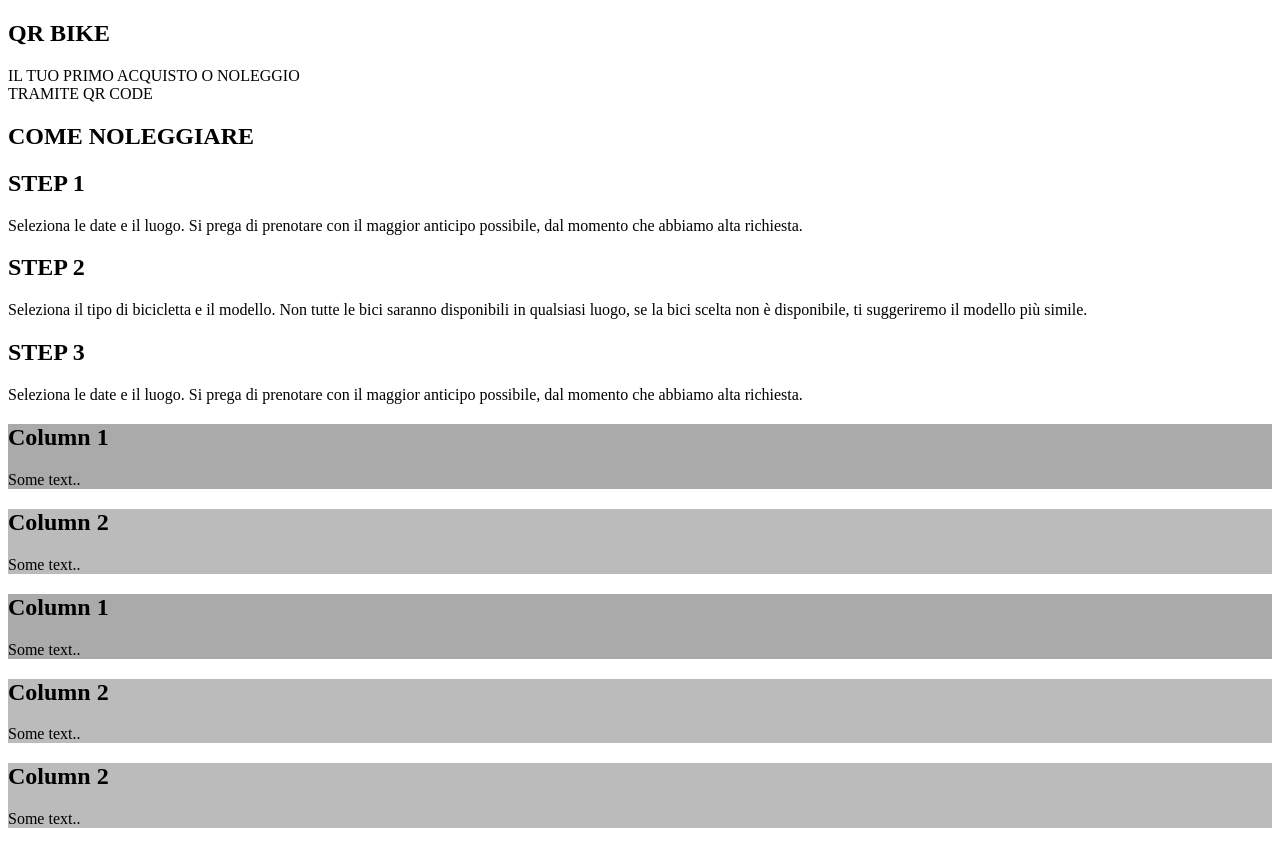
Repository: andrealepori/qrbike
Page: index.html
These files come from the project's save history. The page is drawn as it stood at one moment and after the next save; the edit follows.
The browser window is 1280 px wide. The pictures show the whole page.
Some web fonts or font styles are not loaded; a fallback is used.

Above is the page before, as saved 2020-09-17 15:50:37.

### index.html
<!DOCTYPE html>
<html lang="en">
<head>
    <meta charset="UTF-8">
    <meta name="viewport" content="width=device-width, initial-scale=1.0">
    <title>Home - QR BIKE</title>


	<link type="text/css" rel="stylesheet" href="css/style.css" />

</head>
<body>



  <section id="hero1" class="hero">





    <div class="inner">

      <h1 class="yellowtitle"> QR BIKE</h1>
      <p class="subtitle">IL TUO PRIMO ACQUISTO O NOLEGGIO <br> TRAMITE QR CODE</p>
      </div>

  </section>




<section>

      <h1 class="titolo">COME NOLEGGIARE </h1>

    </div>
    </div>
  </section>



  <div class="support-grid"></div>

  <section class="grid-1">
    <div class="item-1">
      <h1 class="step"><bold>STEP 1</bold> </h1>


      <p class="nero">
        Seleziona le date e il luogo.
        Si prega di prenotare con il maggior anticipo possibile,
         dal momento che abbiamo alta richiesta. </p>
    </div>
    <div class="item-2">

      <h1 class="step"><bold>STEP 2</bold> </h1>


      <p class="nero">
        Seleziona il tipo di bicicletta e il modello.
         Non tutte le bici saranno disponibili in qualsiasi luogo, se la bici scelta non è disponibile,
        ti suggeriremo il modello più simile.
        </p>


    </div>
    <div class="item-3">


      <h1 class="step"><bold>STEP 3
      </bold> </h1>


      <p class="nero">
        Seleziona le date e il luogo.
        Si prega di prenotare con il maggior anticipo possibile,
                dal momento che abbiamo alta richiesta.

        </p>


    </div>

  </section>


<div class="galleria">


  <div class="row">
	<div class="column" style="background-color:#aaa;">
	  <h2>Column 1</h2>
	  <p>Some text..</p>
	</div>
	<div class="column" style="background-color:#bbb;">
	  <h2>Column 2</h2>
	  <p>Some text..</p>
	</div>

	  <div class="column" style="background-color:#aaa;">
	  <h2>Column 1</h2>
	  <p>Some text..</p>
	</div>
	<div class="column" style="background-color:#bbb;">
	  <h2>Column 2</h2>
	  <p>Some text..</p>
	</div>
	  <div class="column1" style="background-color:#bbb;">
	  <h2>Column 2</h2>
	  <p>Some text..</p>
	</div>
  </div>

</div>











</body>




	<link rel="stylesheet" href="css/style.css"/>
	<!-- bootstrap-->
	<link href="https://fonts.googleapis.com/css?family=Droid+Sans:400,700" rel="stylesheet">

</html>

Loaded but not shown: style.css (no stored copy; drawn as an empty file)

After the next save:
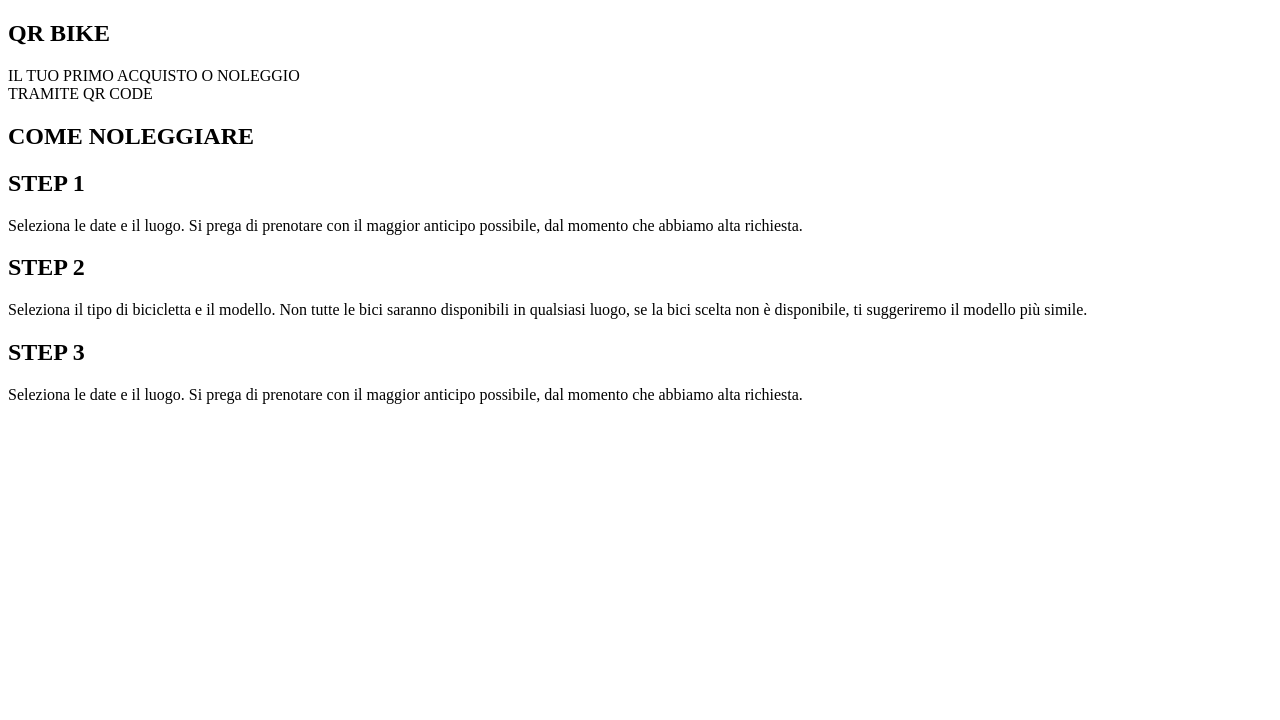
Saved 14 min 18 s later.
--- a/index.html
+++ b/index.html
@@ -85,45 +85,6 @@
   </section>
 
 
-<div class="galleria">
-
-
-  <div class="row">
-	<div class="column" style="background-color:#aaa;">
-	  <h2>Column 1</h2>
-	  <p>Some text..</p>
-	</div>
-	<div class="column" style="background-color:#bbb;">
-	  <h2>Column 2</h2>
-	  <p>Some text..</p>
-	</div>
-
-	  <div class="column" style="background-color:#aaa;">
-	  <h2>Column 1</h2>
-	  <p>Some text..</p>
-	</div>
-	<div class="column" style="background-color:#bbb;">
-	  <h2>Column 2</h2>
-	  <p>Some text..</p>
-	</div>
-	  <div class="column1" style="background-color:#bbb;">
-	  <h2>Column 2</h2>
-	  <p>Some text..</p>
-	</div>
-  </div>
-
-</div>
-
-
-
-
-
-
-
-
-
-
-
 </body>
 
 
